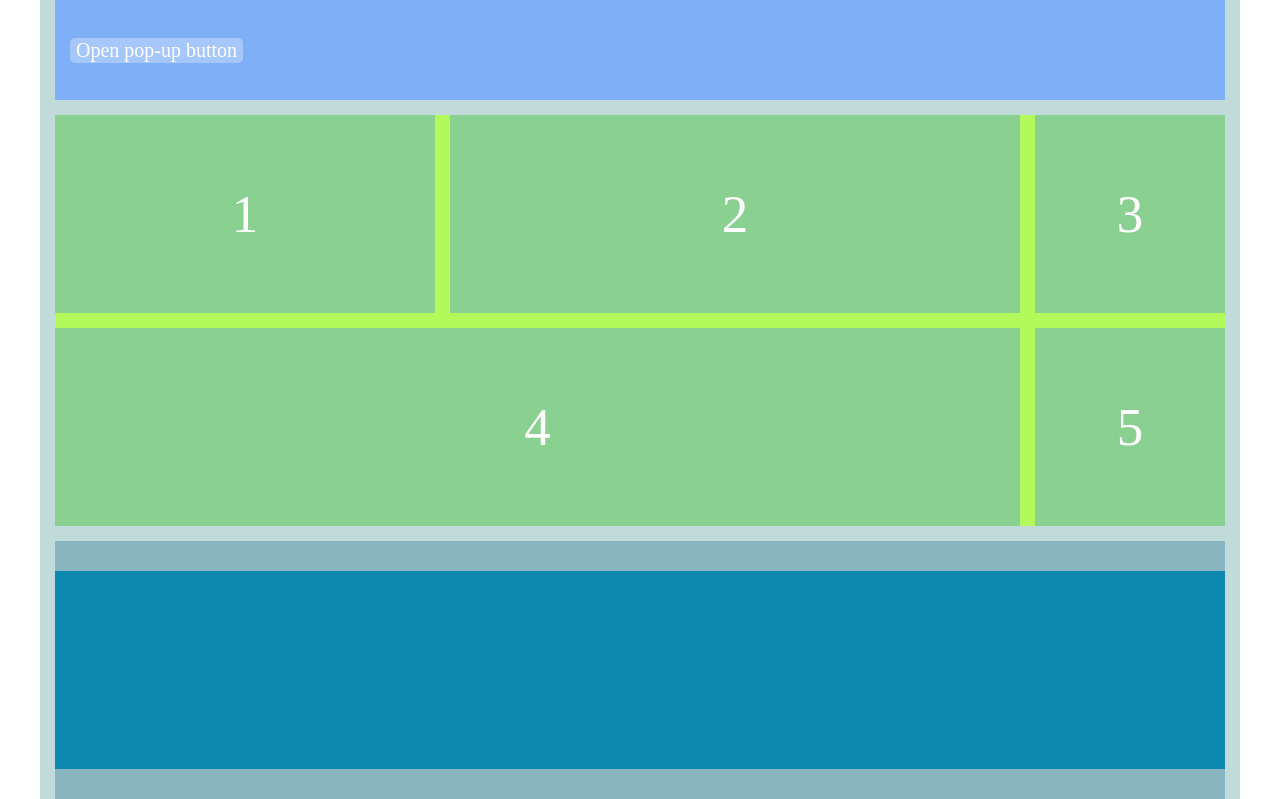
Repository: Evgenius190999999/nodasoft
Page: index.html
The author's editor kept a copy of each file at every save. The page is drawn from the files as they stood at one save, then again after the next save.
The browser window is 1280 px wide. The pictures show the whole page.
Some web libraries are served in a nearby version. The style sheet was rebuilt from its Sass, Less or Tailwind sources for each picture, by a compiler version that may differ from the author's.

Above is the page before, as saved 2022-07-08 15:12:14.

After the next save:
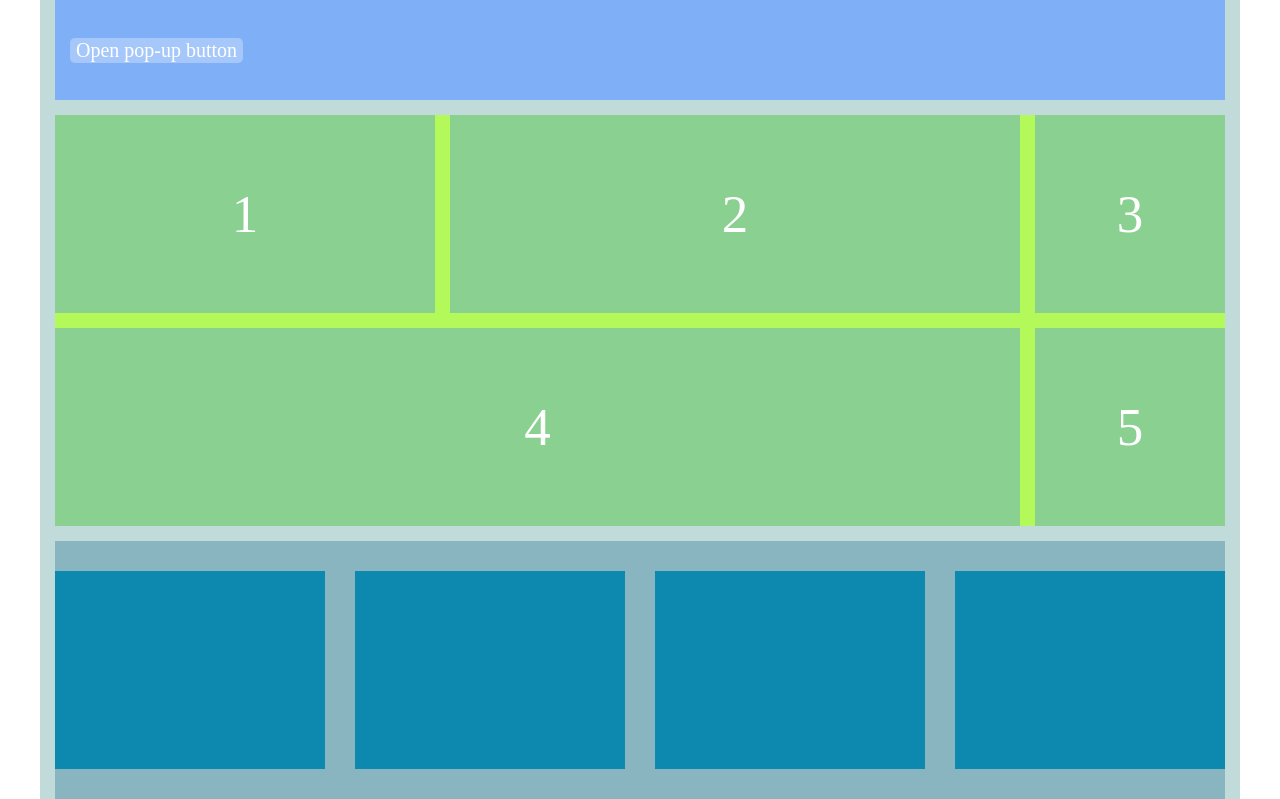
Saved 10 s later.
--- a/style/sass/style.sass
+++ b/style/sass/style.sass
@@ -60,7 +60,7 @@
     display: grid
     grid-template-columns: repeat(4, 1fr)
     grid-template-rows: 1fr
-    grid-column-gap: 0px
+    grid-column-gap: 30px
     grid-row-gap: 0px
     background: #88B5BF
     div
